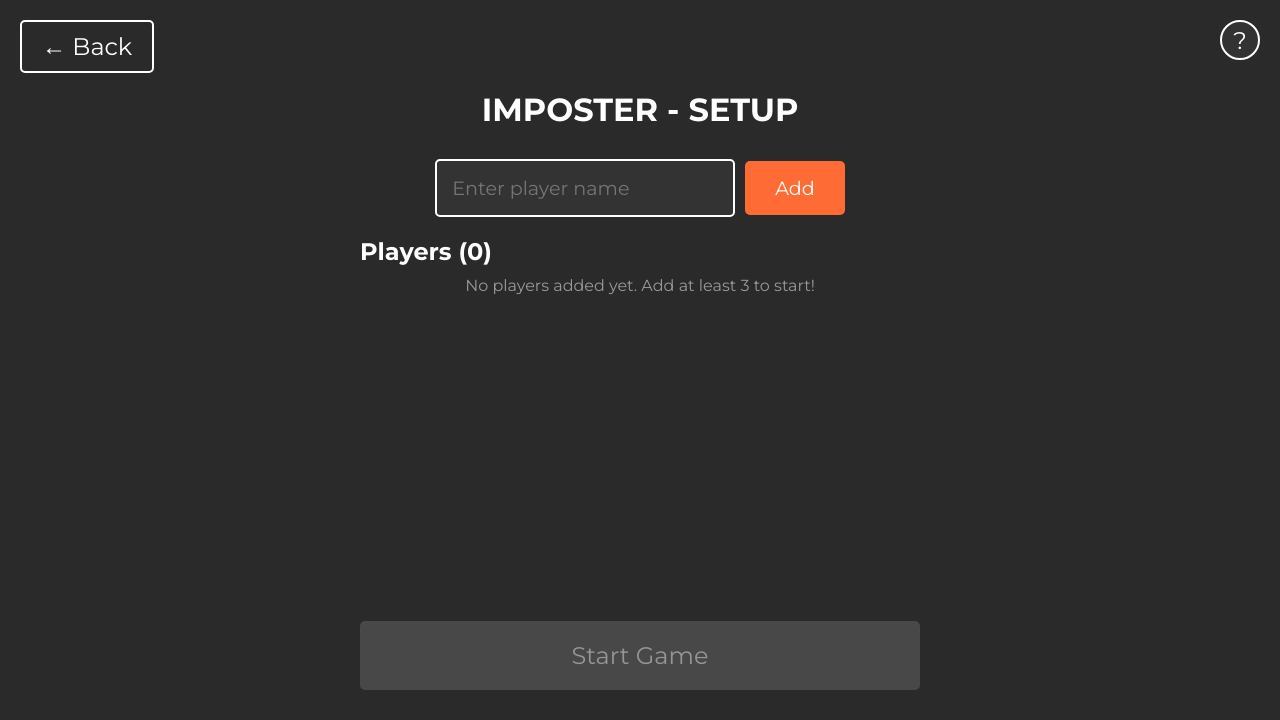
Repository: nfemmanuel/game-night-app
Page: /imposter-setup
An editor plug-in stored every save of this project. The page is shown before and after a run of saves, followed by the edit.
The browser window is 1280 px wide. The pictures show the whole page.
The project was rebuilt for these pictures with package versions that can differ from the ones it lists, and the page was loaded fresh each time. Also part of the build but not shown: src/components/GameCard.module.css, src/components/GameCard.jsx, src/pages/LandingPage.jsx, src/data/wordList.js, src/pages/ImposterReveal.jsx, src/pages/ImposterVoting.jsx.

Above is the page before, as saved 2026-01-02 16:17:01.

### public/index.html
<!DOCTYPE html>
<html lang="en">

<head>
  <meta charset="utf-8" />
  <link rel="icon" href="%PUBLIC_URL%/favicon.ico" />
  <link rel="preconnect" href="https://fonts.googleapis.com">
  <link rel="preconnect" href="https://fonts.gstatic.com" crossorigin>
  <link href="https://fonts.googleapis.com/css2?family=Montserrat:wght@400;600;700&display=swap" rel="stylesheet">
  <meta name="viewport" content="width=device-width, initial-scale=1, maximum-scale=1, user-scalable=no" />
  <meta name="theme-color" content="#000000" />
  <meta name="description" content="Web site created using create-react-app" />
  <link rel="apple-touch-icon" href="%PUBLIC_URL%/logo192.png" />
  <!--
      manifest.json provides metadata used when your web app is installed on a
      user's mobile device or desktop. See https://developers.google.com/web/fundamentals/web-app-manifest/
    -->
  <link rel="manifest" href="%PUBLIC_URL%/manifest.json" />
  <!--
      Notice the use of %PUBLIC_URL% in the tags above.
      It will be replaced with the URL of the `public` folder during the build.
      Only files inside the `public` folder can be referenced from the HTML.

      Unlike "/favicon.ico" or "favicon.ico", "%PUBLIC_URL%/favicon.ico" will
      work correctly both with client-side routing and a non-root public URL.
      Learn how to configure a non-root public URL by running `npm run build`.
    -->
  <title>NF's Game Night</title>
</head>

<body>
  <noscript>You need to enable JavaScript to run this app.</noscript>
  <div id="root"></div>
  <!--
      This HTML file is a template.
      If you open it directly in the browser, you will see an empty page.

      You can add webfonts, meta tags, or analytics to this file.
      The build step will place the bundled scripts into the <body> tag.

      To begin the development, run `npm start` or `yarn start`.
      To create a production bundle, use `npm run build` or `yarn build`.
    -->
</body>

</html>

### src/index.js
import React from 'react';
import ReactDOM from 'react-dom/client';
import './index.css';
import App from './App';
import reportWebVitals from './reportWebVitals';
import * as serviceWorkerRegistration from './serviceWorkerRegistration';

const root = ReactDOM.createRoot(document.getElementById('root'));
root.render(
  <React.StrictMode>
    <App />
  </React.StrictMode>
);

// If you want to start measuring performance in your app, pass a function
// to log results (for example: reportWebVitals(console.log))
// or send to an analytics endpoint. Learn more: https://bit.ly/CRA-vitals
reportWebVitals();

serviceWorkerRegistration.register();

### src/App.js
import { BrowserRouter, Routes, Route } from 'react-router-dom';
import './styles/global.css';
import LandingPage from './pages/LandingPage';
import ImposterSetup from './pages/ImposterSetup';
import ImposterReveal from './pages/ImposterReveal';
import ImposterVoting from './pages/ImposterVoting';

function App() {
  return (
    <BrowserRouter>
      <Routes>
        <Route path="/" element={<LandingPage />} />
        <Route path="/imposter-setup" element={<ImposterSetup />} />
        <Route path="/imposter-reveal" element={<ImposterReveal />} />
        <Route path="/imposter-voting" element={<ImposterVoting />} />
      </Routes>
    </BrowserRouter>
  );
}

export default App;

### src/serviceWorkerRegistration.js
export function register() {
    if ('serviceWorker' in navigator) {
        window.addEventListener('load', () => {
            navigator.serviceWorker.register('/service-worker.js').then(
                (registration) => {
                    console.log('SW registered: ', registration);
                },
                (error) => {
                    console.log('SW registration failed: ', error);
                }
            );
        });
    }
}

### src/styles/global.css
* {
    margin: 0;
    padding: 0;
    box-sizing: border-box;
}

body {
    font-family: 'Montserrat', 'Helvetica Neue', 'Arial', sans-serif;
    background-color: rgb(42, 42, 42);
    color: white;
    overflow: hidden;
}

button {
    cursor: pointer;
    border: none;
    border-radius: 5px;
    font-family: inherit;
    font-size: 1rem;
    padding: 10px 20px;
}

/* Prevent scrolling under fixed buttons */
body {
    padding-top: 70px;
}

/* Page title positioning */
.page-title {
    margin-top: 0;
    margin-bottom: 30px;
}

/* Mobile adjustments */
@media (max-width: 768px) {

    /* Page titles */
    .page-title {
        font-size: 2rem !important;
        margin-bottom: 20px;
    }

    /* General headings */
    h1 {
        font-size: 3rem !important;
    }

    h2 {
        font-size: 1.5rem !important;
    }

    h3 {
        font-size: 1.2rem !important;
    }

    p {
        font-size: 1rem !important;
    }

    /* Input fields */
    input[type="text"] {
        width: 100% !important;
        max-width: 300px !important;
        font-size: 1rem !important;
        padding: 12px !important;
        margin-right: 0 !important;
        margin-bottom: 10px !important;
    }

    /* Buttons */
    button {
        font-size: 1rem !important;
        padding: 12px 24px !important;
    }

    /* Smaller back/help buttons */
    .back-button {
        padding: 8px 12px !important;
        font-size: 1rem !important;
        top: 10px !important;
        left: 10px !important;
    }

    .help-button-container {
        top: 10px !important;
        right: 10px !important;
    }

    .help-button {
        width: 30px !important;
        height: 30px !important;
        font-size: 1.2rem !important;
    }

    /* Reveal card */
    .reveal-card {
        width: 280px !important;
        height: 400px !important;
    }

    .reveal-card h2 {
        font-size: 2rem !important;
    }

    /* Reduce padding on mobile */
    body {
        padding-top: 60px;
    }
}

@media (max-width: 480px) {
    .page-title {
        font-size: 1.5rem !important;
    }

    h1 {
        font-size: 2.5rem !important;
    }

    input[type="text"] {
        font-size: 0.9rem !important;
        padding: 10px !important;
    }

    button {
        font-size: 0.9rem !important;
        padding: 10px 20px !important;
    }

    .reveal-card {
        width: 240px !important;
        height: 340px !important;
    }

    .reveal-card h2 {
        font-size: 1.8rem !important;
    }
}

/* Landing page can scroll on mobile */
.landing-page {
    overflow-y: auto !important;
    height: 100vh;
}

### src/pages/ImposterSetup.jsx
import { useState } from 'react';
import BackButton from '../components/BackButton';
import HelpButton from '../components/HelpButton';
import { useNavigate, useLocation } from 'react-router-dom';
import { DndContext, closestCenter } from '@dnd-kit/core';
import { arrayMove, SortableContext, verticalListSortingStrategy, useSortable } from '@dnd-kit/sortable';
import { CSS } from '@dnd-kit/utilities';

// Sortable Item Component
function SortablePlayer({ player, index, onRemove }) {
    const {
        attributes,
        listeners,
        setNodeRef,
        transform,
        transition,
        isDragging
    } = useSortable({ id: player });

    const style = {
        transform: CSS.Transform.toString(transform),
        transition,
        fontSize: '1.3rem',
        margin: '15px 0',
        display: 'flex',
        alignItems: 'center',
        justifyContent: 'space-between',
        backgroundColor: isDragging ? '#444' : '#333',
        padding: '10px 20px',
        borderRadius: '10px',
        cursor: 'grab',
        userSelect: 'none',
        opacity: isDragging ? 0.5 : 1
    };

    return (
        <li ref={setNodeRef} style={style} {...attributes} {...listeners}>
            <span>
                <span style={{ marginRight: '10px', color: '#999' }}>☰</span>
                {index + 1}. {player}
            </span>
            <button
                onClick={(e) => {
                    e.stopPropagation();
                    onRemove();
                }}
                style={{
                    padding: '5px 15px',
                    backgroundColor: '#E74C3C',
                    color: 'white',
                    cursor: 'pointer',
                    border: 'none',
                    borderRadius: '5px'
                }}
            >
                ✕
            </button>
        </li>
    );
}

function ImposterSetup() {
    const navigate = useNavigate();
    const location = useLocation();

    const [playerName, setPlayerName] = useState('');
    const [players, setPlayers] = useState(location.state?.players || []);

    const addPlayer = () => {
        if (playerName.trim() && !players.includes(playerName.trim())) {
            setPlayers([...players, playerName.trim()]);
            setPlayerName('');
        }
    };

    const removePlayer = (indexToRemove) => {
        setPlayers(players.filter((_, index) => index !== indexToRemove));
    };

    const resetPlayers = () => {
        setPlayers([]);
    };

    const handleKeyPress = (e) => {
        if (e.key === 'Enter') {
            addPlayer();
        }
    };

    const handleDragEnd = (event) => {
        const { active, over } = event;

        if (active.id !== over.id) {
            setPlayers((items) => {
                const oldIndex = items.indexOf(active.id);
                const newIndex = items.indexOf(over.id);
                return arrayMove(items, oldIndex, newIndex);
            });
        }
    };

    const startGame = () => {
        navigate('/imposter-reveal', {
            state: { players }
        });
    };

    return (
        <div style={{
            padding: '20px',
            textAlign: 'center',
            maxWidth: '600px',
            margin: '0 auto',
            height: 'calc(100vh - 80px)',
            display: 'flex',
            flexDirection: 'column',
            overflow: 'hidden'
        }}>
            <BackButton to="/" />
            <HelpButton />

            <h1 className="page-title">IMPOSTER - SETUP</h1>

            {/* Input section - fixed */}
            <div style={{ marginBottom: '20px', flexShrink: 0 }}>
                <input
                    type="text"
                    value={playerName}
                    onChange={(e) => setPlayerName(e.target.value)}
                    onKeyPress={handleKeyPress}
                    placeholder="Enter player name"
                    style={{
                        padding: '15px',
                        fontSize: '1.2rem',
                        borderRadius: '5px',
                        border: '2px solid white',
                        width: '300px',
                        marginRight: '10px',
                        fontFamily: 'inherit',
                        backgroundColor: '#333',
                        color: 'white',
                    }}
                />
                <button
                    onClick={addPlayer}
                    style={{
                        padding: '15px 30px',
                        fontSize: '1.2rem',
                        backgroundColor: '#FF6B35',
                        color: 'white'
                    }}
                >
                    Add
                </button>
            </div>

            {/* Player list header - fixed */}
            <div style={{
                display: 'flex',
                justifyContent: 'space-between',
                alignItems: 'center',
                marginBottom: '10px',
                flexShrink: 0
            }}>
                <h2>Players ({players.length})</h2>
                {players.length > 0 && (
                    <button
                        onClick={resetPlayers}
                        style={{
                            padding: '10px 20px',
                            fontSize: '1rem',
                            backgroundColor: '#E74C3C',
                            color: 'white',
                            cursor: 'pointer'
                        }}
                    >
                        Reset All
                    </button>
                )}
            </div>

            {/* SCROLLABLE PLAYER LIST - Drag and drop enabled */}
            <div style={{
                flex: 1,
                overflowY: 'auto',
                marginBottom: '20px',
                minHeight: 0
            }}>
                {players.length === 0 ? (
                    <p style={{ color: '#999' }}>No players added yet. Add at least 3 to start!</p>
                ) : (
                    <DndContext collisionDetection={closestCenter} onDragEnd={handleDragEnd}>
                        <SortableContext items={players} strategy={verticalListSortingStrategy}>
                            <ul style={{ listStyle: 'none', padding: 0, margin: 0 }}>
                                {players.map((player, index) => (
                                    <SortablePlayer
                                        key={player}
                                        player={player}
                                        index={index}
                                        onRemove={() => removePlayer(index)}
                                    />
                                ))}
                            </ul>
                        </SortableContext>
                    </DndContext>
                )}
            </div>

            {/* START BUTTON - Sticky at bottom */}
            <footer style={{ flexShrink: 0 }}>
                <button
                    onClick={startGame}
                    disabled={players.length < 3}
                    style={{
                        padding: '20px 40px',
                        fontSize: '1.5rem',
                        backgroundColor: players.length >= 3 ? '#4CAF50' : '#666',
                        color: 'white',
                        cursor: players.length >= 3 ? 'pointer' : 'not-allowed',
                        opacity: players.length >= 3 ? 1 : 0.5,
                        width: '100%'
                    }}
                >
                    Start Game
                </button>
            </footer>
        </div>
    );
}

export default ImposterSetup;

### src/components/HelpButton.jsx
import { useState } from 'react';

function HelpButton() {
    const [showHelp, setShowHelp] = useState(false);

    return (
        <div
            className="help-button-container"
            style={{
                position: 'fixed',
                top: '20px',
                right: '20px',
                zIndex: 1000
            }}
            onMouseEnter={() => setShowHelp(true)}
            onMouseLeave={() => setShowHelp(false)}
        >
            <div
                className="help-button"
                style={{
                    width: '40px',
                    height: '40px',
                    borderRadius: '50%',
                    border: '2px solid white',
                    color: 'white',
                    fontSize: '1.5rem',
                    display: 'flex',
                    alignItems: 'center',
                    justifyContent: 'center',
                    cursor: 'pointer',
                    backgroundColor: '#333'
                }}
            >
                ?
            </div>

            {showHelp && (
                <div
                    style={{
                        position: 'absolute',
                        top: '50px',
                        right: '0',
                        backgroundColor: '#222',
                        border: '2px solid white',
                        borderRadius: '10px',
                        padding: '20px',
                        width: '300px',
                        maxWidth: '90vw',
                        textAlign: 'left',
                        fontSize: '0.9rem',
                        lineHeight: '1.5'
                    }}
                >
                    <h3 style={{ marginTop: 0, marginBottom: '10px', fontSize: '1.1rem' }}>
                        How to Play Imposter
                    </h3>
                    <ol style={{ paddingLeft: '20px', margin: 0 }}>
                        <li>Add 3+ player names</li>
                        <li>One random player is secretly the imposter</li>
                        <li>Everyone else sees the same secret word</li>
                        <li>Pass the phone around - each player holds the card to see their word</li>
                        <li>The imposter sees "You're the imposter. Shh!"</li>
                        <li>After everyone has seen their card, discuss and guess who the imposter is</li>
                        <li>Vote for the imposter or skip to reveal</li>
                    </ol>
                </div>
            )}
        </div>
    );
}

export default HelpButton;

### src/components/BackButton.jsx
import { useNavigate, useLocation } from 'react-router-dom';

function BackButton({ to = '/', preserveState = false }) {
    const navigate = useNavigate();
    const location = useLocation();

    const handleBack = () => {
        if (preserveState && location.state) {
            // Pass along any state (like players list)
            navigate(to, { state: location.state });
        } else {
            navigate(to);
        }
    };

    return (
        <button
            onClick={handleBack}
            className="back-button"
            style={{
                position: 'fixed',
                top: '20px',
                left: '20px',
                padding: '10px 20px',
                fontSize: '1.5rem',
                backgroundColor: 'transparent',
                border: '2px solid white',
                color: 'white',
                cursor: 'pointer',
                borderRadius: '5px',
                zIndex: 1000
            }}
        >
            ← Back
        </button>
    );
}

export default BackButton;

Loaded but not shown: src/index.css (common file); src/reportWebVitals.js (common file)

After the next 7 saves:
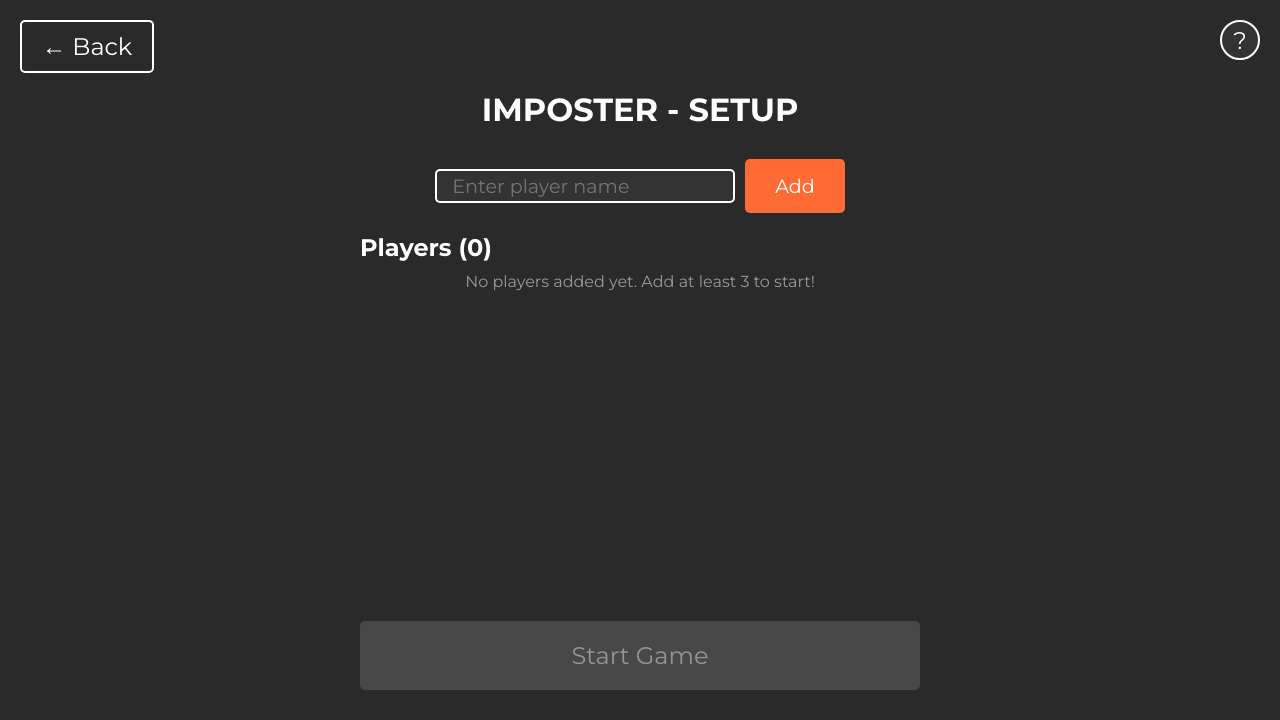
The 7 saves are shown as one change because 1 did not build or start and some came seconds apart.
The last was saved 94 s later.
--- a/src/pages/ImposterSetup.jsx
+++ b/src/pages/ImposterSetup.jsx
@@ -135,6 +135,7 @@
                         borderRadius: '5px',
                         border: '2px solid white',
                         width: '300px',
+                        height: '20px',
                         marginRight: '10px',
                         fontFamily: 'inherit',
                         backgroundColor: '#333',
